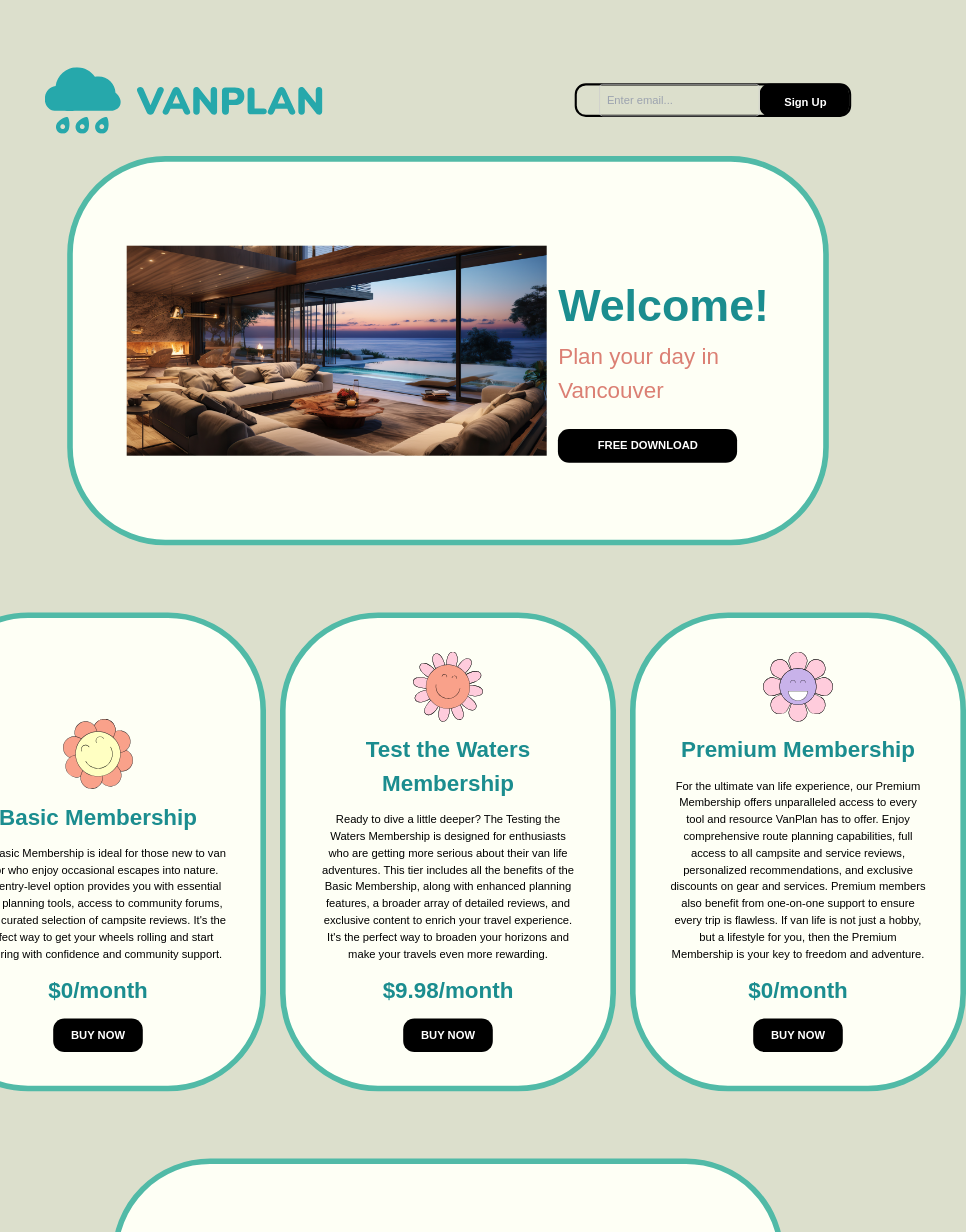
Repository: SaraShio/landing-page
Page: /
An editor plug-in stored every save of this project. The page is shown before and after the next save, followed by the edit.
The browser window is 1280 px wide. The page is 1380 px wide, so the pictures cover 1380 px, including what lies to the right of the window. The pictures show the part of the page from y = 0 to 1760 px (the page is 2624 px tall before and 2608 px after), at 70% of full size.
The project was rebuilt for these pictures with package versions that can differ from the ones it lists, and the page was loaded fresh each time. The framework's server and built-in components were replaced by stand-ins that run in the browser. Also part of the build but not shown: next.config.mjs.

Above is the page before, as saved 2024-03-08 22:24:10.

### src/pages/index.tsx
//import Spline from '@splinetool/react-spline';

import Image from "next/image";

import Header from "../../components/Header";
import Hero from "../../components/Hero";
import PriceCards from '../../components/PriceCards';
import SubBanner from "../../components/SubBanner";
import Subscribe from "../../components/Subscribe";
import Footer from "../../components/Footer";

export default function Home() {
  return (
    <main className={`flex min-h-screen flex-col items-center justify-between p-24`}>
      <Header />
      <Hero/>
      <PriceCards/>
      <SubBanner/>
      <Subscribe/>
      <Footer />
    </main>
  );
}

### src/styles/globals.css
@tailwind base;
@tailwind components;
@tailwind utilities;

@import url('https://fonts.googleapis.com/css2?family=Nunito:wght@400;600;700&display=swap');

:root {
 --black:#000000;
 --white: #FFFFFF;
 --light-gray: #fefff5;
 --gray: #B6B6B6;
 --teal: #26A8AB;
 --dark-teal: #1b8d8f;
 --mint: #51BAA7;
 --salmon: #DB7F73;
 --light-green: #DCDFCC;

 --card-padding: 3rem;
 --sub-banner-padding: 6rem;
}

body {
  font-family: 'Nunito', sans-serif;
  background-color: var(--light-green);
}

### components/Header/index.tsx
import Image from "next/image";
import styles from "./Header.module.css";

export default function Header() {
  return (
    <>
      <div className={styles.header_container}>
        <div className={styles.logo_img}>
          <Image
            src="/images/green_logo.svg"
            alt="VanPlan Logo"
            width={400}
            height={400}
          />
        </div>

        <div className={styles.input_container}>
        <form>
            <input type="text" placeholder="Enter email...">

            </input>
        </form>
        <button className={styles.signup_button}>Sign Up</button>
        </div>
      </div>
    </>
  );
}

### components/Hero/index.tsx
import { style } from "@mui/system";
import Image from "next/image";
import styles from "./Hero.module.css";

export default function Hero() {
  return (
    <>
      <div className={styles.hero_container}>
        <Image src="/images/test1.jpeg" alt="Test" width={600} height={600} />

        <div className={styles.info_container}>
          <h1 className={styles.title}>Welcome!</h1>
          <h1 className={styles.subtitle}>Plan your day in<br></br>Vancouver</h1>

          <button className={styles.download_button}>FREE DOWNLOAD</button>
        </div>
      </div>
    </>
  );
}

### components/PriceCards/index.tsx
import styles from './PriceCards.module.css';

import CardOne from "../CardOne";
import CardTwo from "../CardTwo";
import CardThree from "../CardThree";

export default function PriceCards() {
  return (
    <>
      <div className={styles.price_card_container}>
        <CardOne />
        <CardTwo />
        <CardThree />
      </div>
    </>
  );
}

### components/SubBanner/index.tsx
import Image from "next/image";
import styles from "./SubBanner.module.css";


export default function SubBanner() {
  return (
    <main className={styles.sub_banner_container}>

    <h1>Get updates instantly so you can make an informed decision while you are planning your day! We use OpenWeather API so you can be assured the information is correct! And TripAdvisor API to get you the information on the location you want!</h1>

    <Image src="/images/test5.svg" alt="Test" width={100} height={100} />


    </main>
  );
}

### components/Subscribe/index.tsx
import Image from "next/image";
import styles from "./Subscribe.module.css";

export default function Subscribe() {
  return (
    <main className={styles.subscribe_container}>
      <h1>Subscribe!</h1>

      <form className={styles.input_container}>
        <input type="text" placeholder="Enter email..."></input>
        <button className={styles.signup_button}>Sign Up</button>
      </form>

    </main>
  );
}

### components/Footer/index.tsx
import Image from 'next/image';
import styles from './Footer.module.css';

export default function Footer(){
    return (
        <>
            <footer className={styles.footer_container}>
                <p>&copy; {new Date().getFullYear()} Sara</p>
                <a href="https://github.com/Haydenleung/MDIA-3109-Final-Project.git" target="_blank" rel="noopener noreferrer">Github Repository</a>
            </footer>
        </>
    )
}

### components/Header/Header.module.css
.header_container{
    display: flex;
    justify-content: space-between;
    align-items: center;
    width: 100vw;
    padding-right: 4rem;
    padding-left: 4rem;
  }

  .signup_button{
    border: 3px solid var(--black);
    border-right: none;
    border-radius: 1rem;
    padding: 12px;
    width: 8rem;
    height: 3rem;
    background-color: var(--black);
    color: var(--white);
    font-weight: 600;
  }

  .input_container{
    display: flex;
    align-items: center;
    border: 3px solid var(--black);
    border-radius: 1rem;
    height: 3rem;
    padding-left: 2rem;
  }

  .input_container input {
    background: none; /* Remove any background */
    border: 1px solid #ccc; /* Add a subtle border, change color as needed */
    padding: 10px; /* Add some padding */
    border-radius: 5px; /* Optional: round the corners */
    color: inherit; /* Use the inherited font color */
    outline: none; /* Remove the blue outline on focus */
}

.input_container input:focus {
    border-color: #777; /* Change the border color when input is focused, adjust as needed */
    box-shadow: none; /* Remove any default browser focus styles */
}

### components/Hero/Hero.module.css
.hero_container {
    color: var(--salmon);
    padding: 120px;
    text-align: left;
    display: flex;
    flex-direction: row;
    align-items: center;
    justify-content: center;
    background-color: var(--light-gray);
    border: 8px solid var(--mint);
    border-radius: 140px;
    margin-top: 2rem;
    margin-bottom: 6rem;
}

.info_container{
padding-left: 1rem;
}

.title {
    font-size: 4rem;
    font-weight: bold;
    color: var(--dark-teal);
}

.subtitle {
    font-size: 2rem;
    padding-bottom: 2rem;
}

.download_button {
    border: none;
    border-radius: 1rem;
    padding: 12px;
    width: 16rem;
    height: 3rem;
    background-color: var(--black);
    color: var(--white);
    font-weight: 800;
    cursor: pointer;
    position: absolute;

  }

  .download_button:hover {
    background-color: var(--white);
    color: var(--dark-teal);
    border: 2px solid var(--dark-teal);
    width: 18rem;
    height: 3rem;
  }

### components/PriceCards/PriceCards.module.css
.price_card_container {
    display: flex;
    flex-direction: row;
    align-items: stretch;
    justify-content: space-around;
    gap: 20px;
  }

### components/CardOne/index.tsx
import Image from "next/image";
import styles from "./CardOne.module.css";

export default function CardOne() {
  return (
    <>
      <div className={styles.card_one_container}>
        <Image src="/images/test2.svg" alt="Test" width={100} height={100} />
        <h1>Basic Membership</h1>
        <p>
          Our Basic Membership is ideal for those new to van life or who enjoy
          occasional escapes into nature. This entry-level option provides you
          with essential route planning tools, access to community forums, and a
          curated selection of campsite reviews. It's the perfect way to get
          your wheels rolling and start exploring with confidence and community
          support.
        </p>

        <h1>$0/month</h1>

        <button className={styles.buy_button}>BUY NOW</button>
      </div>
    </>
  );
}

### components/CardTwo/index.tsx
import Image from "next/image";
import styles from "./CardTwo.module.css";

export default function CardTwo() {
  return (
    <>
      <div className={styles.card_two_container}>
      <Image src="/images/test3.svg" alt="Test" width={100} height={100} />
      <h1>Test the Waters Membership</h1>
      <p>Ready to dive a little deeper? The Testing the Waters Membership is designed for enthusiasts who are getting more serious about their van life adventures. This tier includes all the benefits of the Basic Membership, along with enhanced planning features, a broader array of detailed reviews, and exclusive content to enrich your travel experience. It's the perfect way to broaden your horizons and make your travels even more rewarding.</p>

      <h1>$9.98/month</h1>

      <button className={styles.buy_button}>BUY NOW</button>
      </div>
    </>
  );
}

### components/CardThree/index.tsx
import Image from "next/image";
import styles from "./CardThree.module.css";

export default function CardThree() {
  return (
    <>
      <div className={styles.card_three_container}>
        <Image src="/images/test4.svg" alt="Test" width={100} height={100} />
        <h1>Premium Membership</h1>
        <p>
          For the ultimate van life experience, our Premium Membership offers
          unparalleled access to every tool and resource VanPlan has to offer.
          Enjoy comprehensive route planning capabilities, full access to all
          campsite and service reviews, personalized recommendations, and
          exclusive discounts on gear and services. Premium members also benefit
          from one-on-one support to ensure every trip is flawless. If van life
          is not just a hobby, but a lifestyle for you, then the Premium
          Membership is your key to freedom and adventure.
        </p>

        <h1>$0/month</h1>

        <button className={styles.buy_button}>BUY NOW</button>
      </div>
    </>
  );
}

### components/SubBanner/SubBanner.module.css
.sub_banner_container{
    border: 8px solid var(--mint);
    border-radius: 140px;
    background-color: var(--light-gray);
    padding: var(--sub-banner-padding);
    width: 60rem;
    display: flex;
    flex-direction: column;
    justify-content: center;
    align-items: center;
    text-align: center;
    font-size: 1.5rem;
    color: var(--dark-teal);
    margin-top: 6rem;
    margin-bottom: 6rem;
}

### components/Subscribe/Subscribe.module.css
.subscribe_container{
    display: flex;
    flex-direction: row;
    align-items: center;
    border: 2px solid var(--black);
    border-radius: 2rem;
    padding: var(--card-padding);
}

.signup_button{
    border: 3px solid var(--black);
    border-right: none;
    border-radius: 1rem;
    padding: 12px;
    width: 8rem;
    height: 3rem;
    background-color: var(--black);
    color: var(--white);
    font-weight: 600;
  }

  .input_container{
    display: flex;
    align-items: center;
    border: 3px solid var(--black);
    border-radius: 1rem;
    height: 3rem;
    padding-left: 2rem;
    margin-left: 2rem;
  }

### components/Footer/Footer.module.css
.footer_container {
    display: flex;
    flex-direction: column;
    justify-content: center;
    align-items: center;
    width: 100vw;
    padding-top: 8rem;
}

### components/CardOne/CardOne.module.css
.card_one_container {
    border: 8px solid var(--mint);
    border-radius: 140px;
    padding: var(--card-padding);
    background-color: var(--light-gray);
    width: 30rem;
    display: flex;
    flex-direction: column;
    justify-content: end;
    align-items: center;
    text-align: center;
  }

  .card_one_container > h1 {
    font-size: 2rem;
    color: var(--dark-teal);
    font-weight: bold;
    margin-top: 1rem;
    margin-bottom: 1rem;
    text-align: center;
  }

  .buy_button {
    border: none;
    border-radius: 1rem;
    padding: 12px;
    width: 8rem;
    height: 3rem;
    background-color: var(--black);
    color: var(--white);
    font-weight: 800;
    cursor: pointer;
  }

  .buy_button:hover {
    background-color: var(--white);
    color: var(--dark-teal);
    border: 2px solid var(--dark-teal);
    width: 10rem;
    height: 3rem;
  }

### components/CardTwo/CardTwo.module.css
.card_two_container {
  border: 8px solid var(--mint);
  border-radius: 140px;
  padding: var(--card-padding);
  background-color: var(--light-gray);
  width: 30rem;
  display: flex;
  flex-direction: column;
  justify-content: center;
  align-items: center;
  text-align: center;
}

.card_two_container > h1 {
  font-size: 2rem;
  color: var(--dark-teal);
  font-weight: bold;
  margin-top: 1rem;
  margin-bottom: 1rem;
  text-align: center;
}

.buy_button {
  border: none;
  border-radius: 1rem;
  padding: 12px;
  width: 8rem;
  height: 3rem;
  background-color: var(--black);
  color: var(--white);
  font-weight: 800;
  cursor: pointer;
}

.buy_button:hover {
  background-color: var(--white);
  color: var(--dark-teal);
  border: 2px solid var(--dark-teal);
  width: 10rem;
  height: 3rem;
}

### components/CardThree/CardThree.module.css
.card_three_container {
  border: 8px solid var(--mint);
  border-radius: 140px;
  background-color: var(--light-gray);
  padding: var(--card-padding);
  width: 30rem;
  display: flex;
  flex-direction: column;
  justify-content: center;
  align-items: center;
  text-align: center;
}

.card_three_container > h1 {
  font-size: 2rem;
  color: var(--dark-teal);
  font-weight: bold;
  margin-top: 1rem;
  margin-bottom: 1rem;
  text-align: center;
}

.buy_button {
  border: none;
  border-radius: 1rem;
  padding: 12px;
  width: 8rem;
  height: 3rem;
  background-color: var(--black);
  color: var(--white);
  font-weight: 800;
  cursor: pointer;
}

.buy_button:hover {
  background-color: var(--white);
  color: var(--dark-teal);
  border: 2px solid var(--dark-teal);
  width: 10rem;
  height: 3rem;
}

Loaded but not shown: src/pages/_app.tsx (common file); src/pages/_document.tsx (common file); tailwind.config.ts (common file)

After the next save:
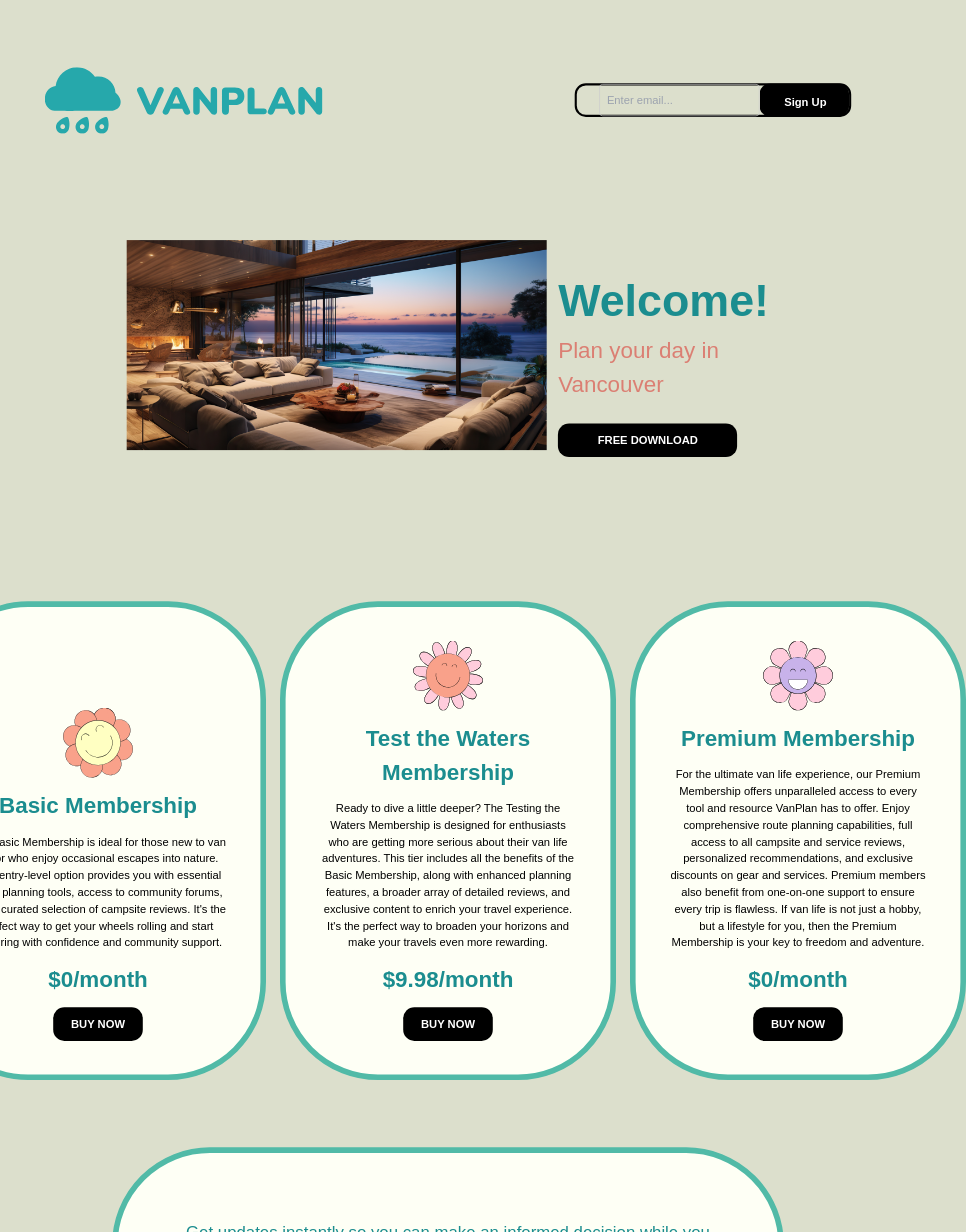
Saved 27 s later.
--- a/components/Hero/Hero.module.css
+++ b/components/Hero/Hero.module.css
@@ -6,8 +6,7 @@
     flex-direction: row;
     align-items: center;
     justify-content: center;
-    background-color: var(--light-gray);
-    border: 8px solid var(--mint);
+
     border-radius: 140px;
     margin-top: 2rem;
     margin-bottom: 6rem;
